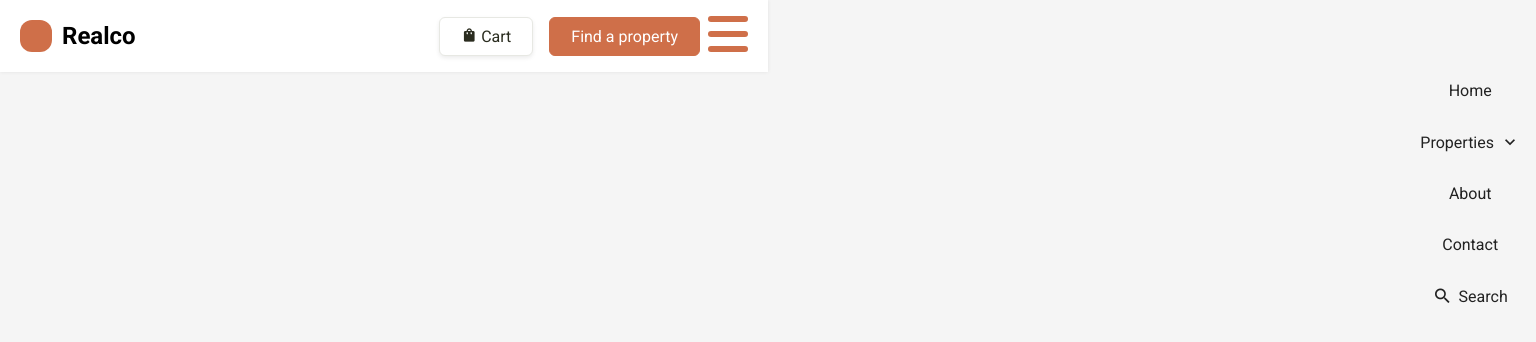
Repository: bek77g/realco
Page: index.html
The author's editor kept a copy of each file at every save. The page is drawn from the files as they stood at one save, then again after the next save.
The browser window is 768 px wide. The page is 1536 px wide, then 768 px, so the pictures cover 1536 px, including what lies to the right of the window. The pictures show the whole page.
The style sheet was rebuilt from its Sass, Less or Tailwind sources for each picture, by a compiler version that may differ from the author's.

Above is the page before, as saved 2023-04-13 21:57:34.

### index.html
<!DOCTYPE html>
<html lang="en">
  <head>
    <meta charset="UTF-8" />
    <meta http-equiv="X-UA-Compatible" content="IE=edge" />
    <meta name="viewport" content="width=device-width, initial-scale=1.0" />
    <title>Realco</title>
    <link rel="preconnect" href="https://fonts.googleapis.com" />
    <link rel="preconnect" href="https://fonts.gstatic.com" crossorigin />
    <link
      href="https://fonts.googleapis.com/css2?family=Roboto:ital,wght@0,400;0,700;0,900;1,400;1,700;1,900&display=swap"
      rel="stylesheet"
    />
    <link
      href="https://fonts.googleapis.com/icon?family=Material+Icons"
      rel="stylesheet"
    />
    <link rel="stylesheet" href="./src/styles/style.css" />
  </head>
  <body>
    <header class="header">
      <div class="container">
        <div class="header__row">
          <div class="logo header__logo">
            <div class="logo__box"></div>
            <h2 class="logo__name">Realco</h2>
          </div>
          <nav class="header__nav">
            <ul class="header__menu">
              <li class="header__menu-item"><a href="#">Home</a></li>
              <li class="header__menu-item">
                <a href="#"
                  >Properties <span class="icon more">expand_more</span>
                </a>
              </li>
              <li class="header__menu-item"><a href="#">About</a></li>
              <li class="header__menu-item"><a href="#">Contact</a></li>
              <li class="header__menu-item">
                <a href="https://www.google.com/">
                  <span class="icon">search</span> Search</a
                >
              </li>
            </ul>
            <div class="header__buttons">
              <button class="header__buttons-btn">
                <span class="icon">shopping_bag</span> Cart
              </button>
              <button class="header__buttons-btn">Find a property</button>
            </div>
            <div class="header__burger">
              <div class="header__burger-icon">
                <span class="header__burger-global header__burger-top"></span>
                <span
                  class="header__burger-global header__burger-middle"
                ></span>
                <span
                  class="header__burger-global header__burger-bottom"
                ></span>
              </div>
            </div>
          </nav>
        </div>
      </div>
    </header>
    <main></main>
    <footer></footer>
    <script src="./src/js/main.js"></script>
  </body>
</html>

### src/js/main.js
let burger = document.querySelector('.header__burger');
let menu = document.querySelector('.header__menu');

burger.addEventListener('click', () => {
  burger.classList.toggle('active');
  menu.classList.toggle('active');
});

### src/styles/style.scss
@import './reset';

.container {
  max-width: 1320px;
  padding: 0 20px;
  margin: 0 auto;
}

@import './global';
@import './header';

@import './_responsive';

### src/styles/_reset.scss
* {
  margin: 0;
  padding: 0;
  box-sizing: border-box;
  transition: 0.3s;
}
ul,
ol {
  list-style: none;
}
img {
  width: 100%;
}
a {
  color: inherit;
}
button {
  border: none;
  cursor: pointer;
}
a {
  text-decoration: none;
}

### src/styles/_global.scss
* {
  font-family: 'Roboto', sans-serif;
}

body {
  background-color: #f5f5f5;
}

//Variables
$main-color: #cf6f49;
$light-grey: #65665c;
$black: #222222;
$black-grey: #2a2c1f;

.icon {
  font-family: 'Material Icons';
  font-style: normal;
  font-weight: 400;
  display: block;
  height: -webkit-fit-content;
  height: -moz-fit-content;
  height: fit-content;
}

.logo {
  display: flex;
  align-items: center;
  gap: 10px;
  &__box {
    width: 32px;
    height: 32px;
    background: #cf6f49;
    border-radius: 12px;
  }
  &__name {
    font-weight: bold;
  }
}

### src/styles/_header.scss
.header {
  position: relative;
  background: #ffffff;
  box-shadow: 0px 0px 4px rgba(0, 0, 0, 0.08);
  padding: 16px 0;
  &__row {
    display: flex;
    justify-content: space-between;
    align-items: center;
  }
  &__nav {
    display: flex;
    align-items: center;
    gap: 8px;
  }
  &__menu {
    padding: 9px 16px;
    display: flex;
    align-items: center;
    gap: 32px;
    &-item {
      color: $black;
      & a {
        display: flex;
        gap: 6px;
        align-items: center;
        & .icon {
          font-size: 20px;
        }
      }
      &:hover .more {
        transform: rotate(-180deg);
      }
    }
  }
  &__buttons {
    display: flex;
    gap: 16px;
    &-btn {
      white-space: nowrap;
      font-style: normal;
      font-weight: 400;
      font-size: 16px;
      padding: 9px 21px;
      border-radius: 6px;
      display: flex;
      gap: 4px;
      &:first-child {
        color: $black-grey;
        background: #ffffff;
        border: 1px solid #e7e8e3;
        box-shadow: 0px 2px 4px rgba(0, 0, 0, 0.08);
      }
      &:last-child {
        background: #cf6f49;
        border: 1px solid #cf6f49;
        color: #fff;
      }
      &:hover {
        -webkit-filter: brightness(80%);
        filter: brightness(90%);
      }
    }
  }
  &__burger {
    display: none;
    &-icon {
      cursor: pointer;
      margin: 0 auto;
      padding-left: 1.25em;
      position: relative;
      width: 40px;
      height: 40px;
    }
    &-global {
      -webkit-backface-visibility: hidden;
      backface-visibility: hidden;
      position: absolute;
      left: 0;
      border-top: 6px solid $main-color;
      border-radius: 3px;
      width: 100%;
      transition: 0.55s;
    }
    &.active {
      & .header__burger-top {
        -webkit-backface-visibility: hidden;
        backface-visibility: hidden;
        top: 15px;
        transform: rotate(50deg);
        transition: 0.55s 0.5s;
      }
      & .header__burger-middle {
        opacity: 0;
      }
      & .header__burger-bottom {
        -webkit-backface-visibility: hidden;
        backface-visibility: hidden;
        top: 15px;
        transform: rotate(-410deg);
        transition: 0.55s 0.5s;
      }
    }
    &-top {
      top: 0;
    }
    &-middle {
      top: 15px;
    }
    &-bottom {
      top: 30px;
    }
  }
}

### src/styles/_responsive.scss
@media (max-width: 1201px) {
}
@media (max-width: 1025px) {
}
@media (max-width: 993px) {
  .header {
    &__menu {
      position: absolute;
      right: -100%;
      top: 72px;
      flex-direction: column;
    }
    &__burger {
      display: block;
    }
  }
}
@media (max-width: 769px) {
}
@media (max-width: 769px) {
}
@media (max-width: 481px) {
}
@media (max-width: 321px) {
}

// 320px — 480px
// 481px — 768px
// 769px — 1024px
// 1025px — 1200px
// 1201px and 1440px

After the next save:
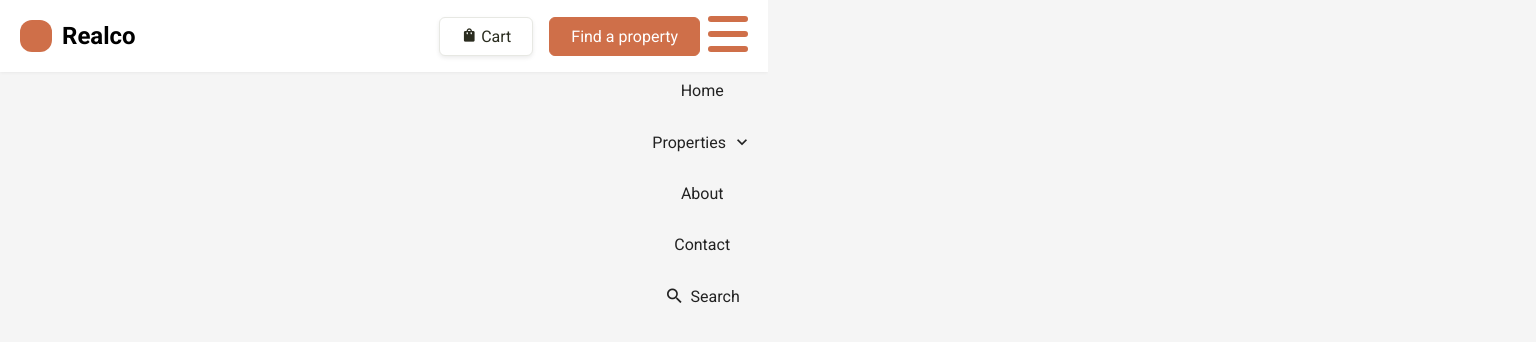
Saved 10 s later.
--- a/src/styles/_responsive.scss
+++ b/src/styles/_responsive.scss
@@ -6,7 +6,7 @@
   .header {
     &__menu {
       position: absolute;
-      right: -100%;
+      right: 0;
       top: 72px;
       flex-direction: column;
     }
